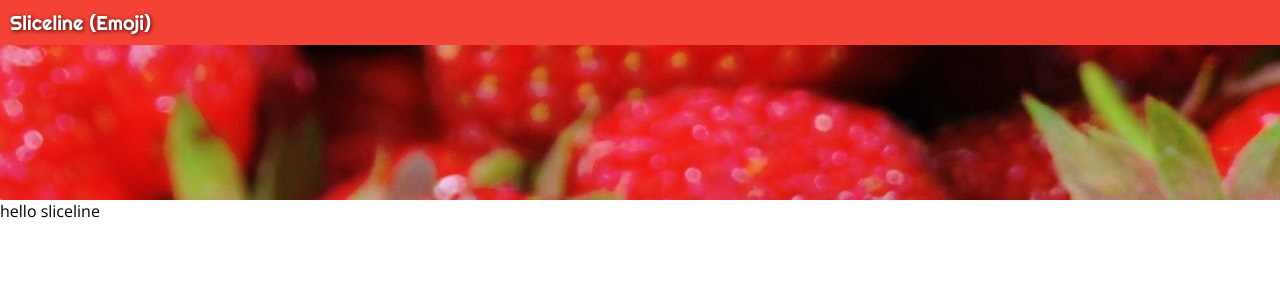
Repository: c0debase/LivingFoods
Page: /
The author's editor kept a copy of each file at every save. The page is drawn from the files as they stood at one save, then again after the next save.
The browser window is 1280 px wide. The pictures show the whole page.
The project was rebuilt for these pictures with package versions that can differ from the ones it lists, and the page was loaded fresh each time.

Above is the page before, as saved 2021-09-19 03:25:25.

After the next save:
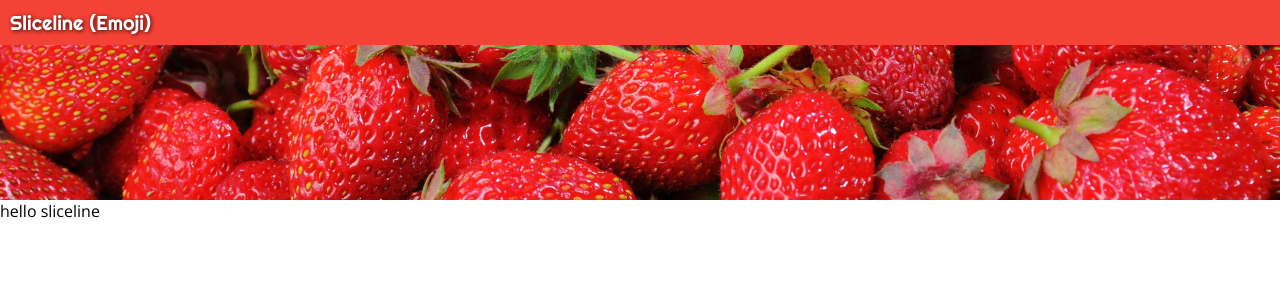
Saved 34 s later.
--- a/src/Banner/Banner.js
+++ b/src/Banner/Banner.js
@@ -3,4 +3,6 @@ import styled from 'styled-components';
 export const Banner = styled.div`
   height: 200px;
   background-image: url("img/strawberries.jpg");
+  background-position: center;
+  background-size: cover;
 `;
